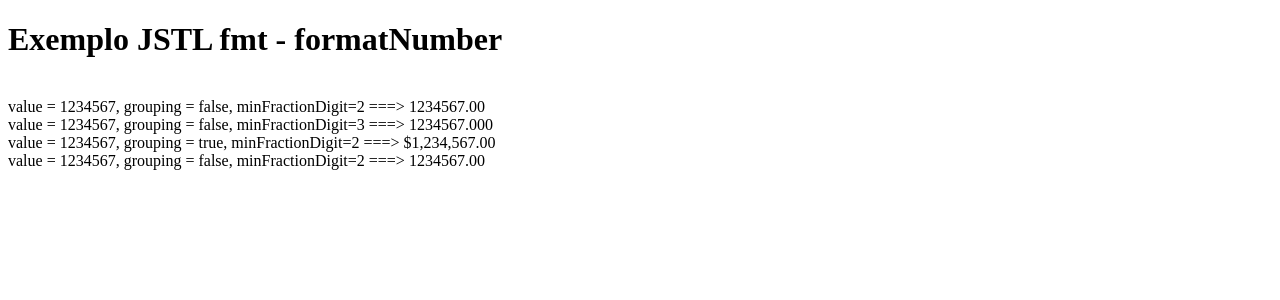
Repository: GabrielGGhost/EstudoJavaAW1-AW2
Page: http://localhost/estudos11/jsp/formatNumber.jsp
The author's editor kept a copy of each file at every save. The page is drawn from the files as they stood at one save, then again after the next save.
The browser window is 1280 px wide. The pictures show the whole page.
The page is served by Tomcat 9.

Above is the page before, as saved 2020-10-23 21:32:10.

After the next save:
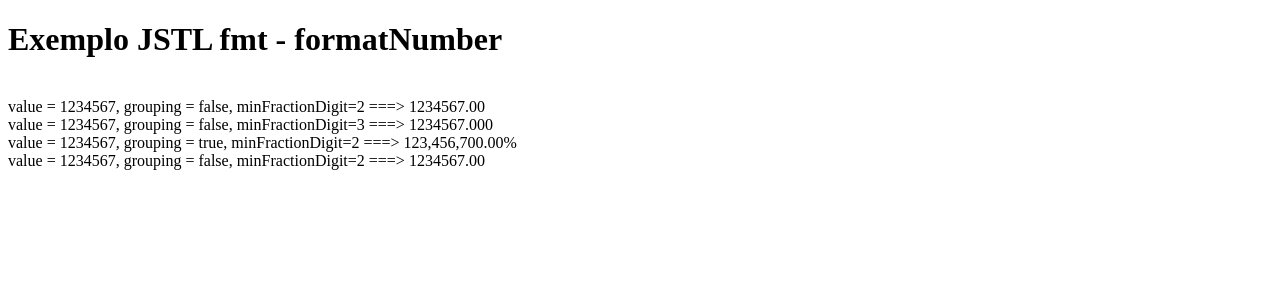
Saved 8 min 12 s later.
--- a/estudos11/WebContent/jsp/formatNumber.jsp
+++ b/estudos11/WebContent/jsp/formatNumber.jsp
@@ -21,7 +21,7 @@
 
 		<br>
 	value = 1234567, grouping = true, minFractionDigit=2 ===>
-	<fmt:formatNumber value="1234567" type="currency" groupingUsed="true" minFractionDigits="2"/>
+	<fmt:formatNumber value="1234567" type="percent" groupingUsed="true" minFractionDigits="2"/>
 
 		<br>
 	value = 1234567, grouping = false, minFractionDigit=2 ===>
